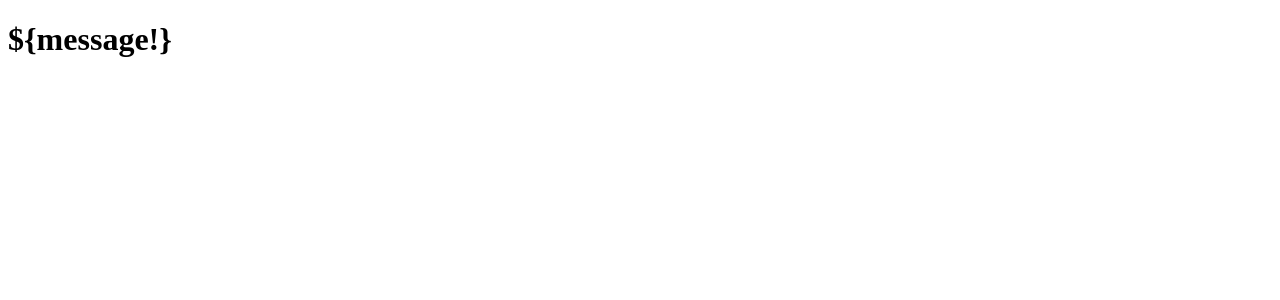
Repository: jionjion/JAVA_WorkSpace
Page: MicroServices/src/main/resources/module/user/hello.html
These files come from the project's save history. The page is drawn as it stood at one moment and after the next save; the edit follows.
The browser window is 1280 px wide. The pictures show the whole page.

Above is the page before, as saved 2017-07-27 13:55:01.

After the next save:
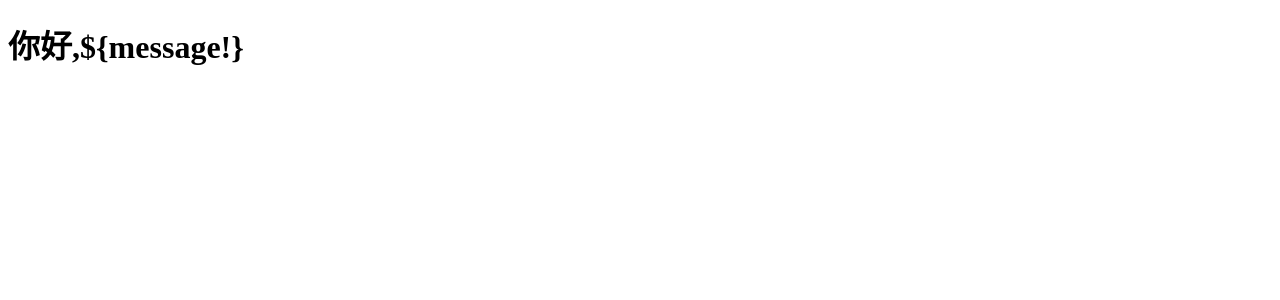
Saved 19 s later.
--- a/MicroServices/src/main/resources/module/user/hello.html
+++ b/MicroServices/src/main/resources/module/user/hello.html
@@ -5,6 +5,6 @@
 <title>用户展示页</title>
 </head>
 <body>
-	<h1>${message!}</h1>
+	<h1>你好,${message!}</h1>
 </body>
 </html>
